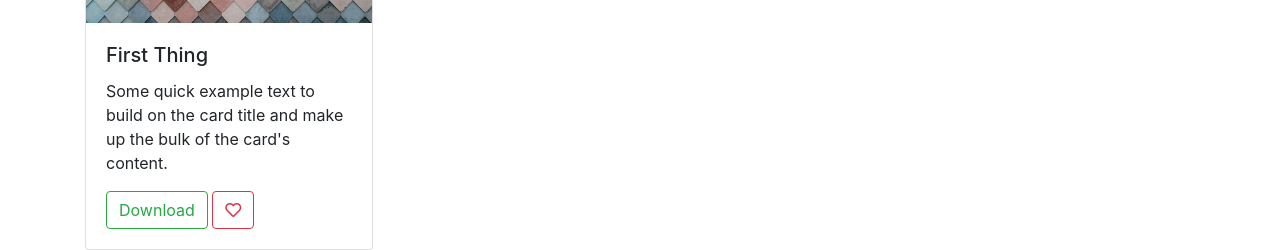
Repository: manojsatya/Web_development
Page: Pattern_project/index.html
An editor plug-in stored every save of this project. The page is shown before and after the next save, followed by the edit.
The browser window is 1280 px wide. The pictures show the part of the page from y = 676 to 1628 px (the page is 926 px tall before and 1811 px after).
Some web libraries are served in a nearby version.

Above is the page before, as saved 2019-05-29 12:03:27.

After the next save:
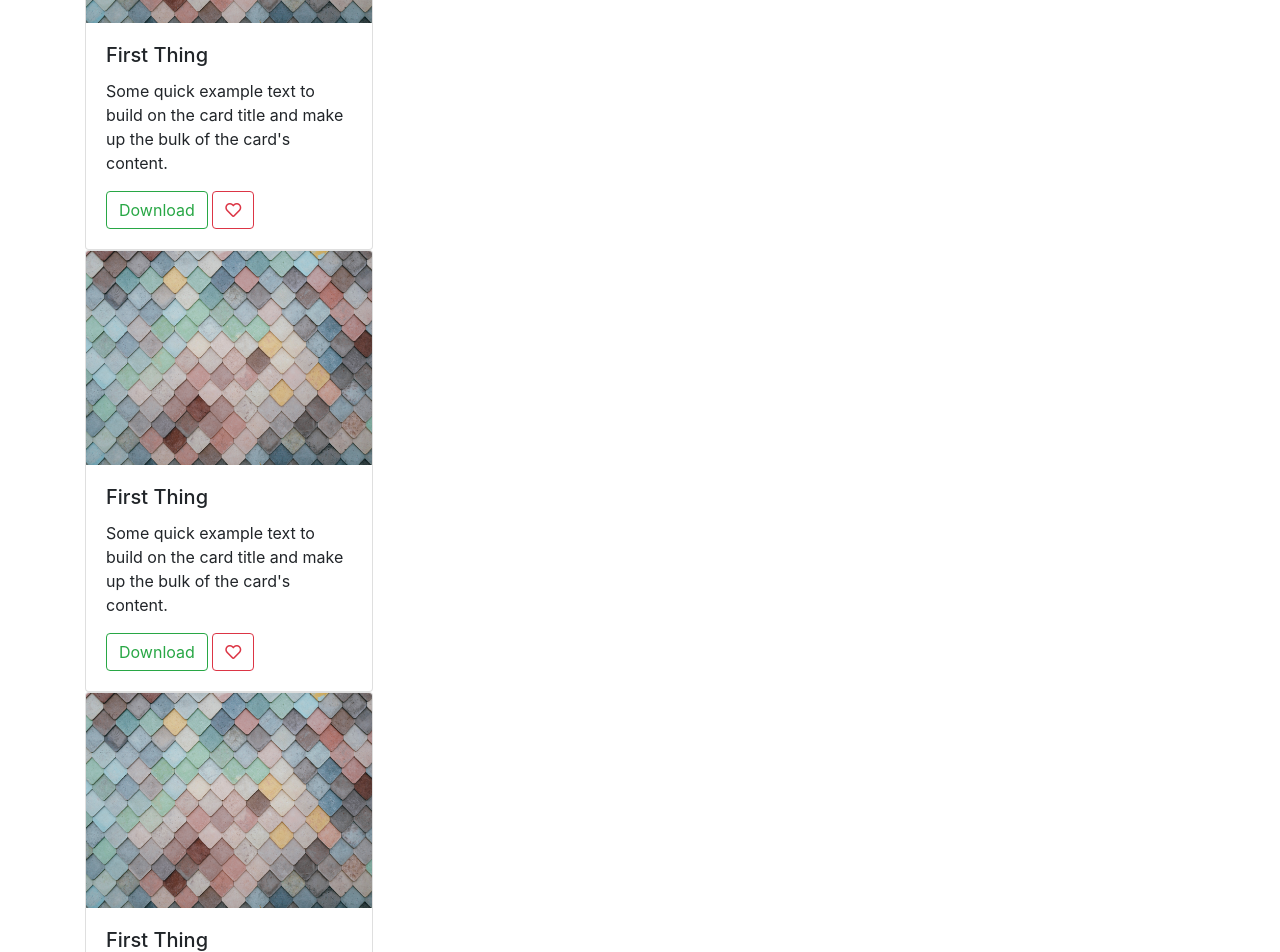
Saved 33 s later.
--- a/Pattern_project/index.html
+++ b/Pattern_project/index.html
@@ -50,6 +50,26 @@
                               <a href="#" class="btn btn-outline-danger"><i class="far fa-heart"></i></a>
                             </div>
                     </div>
+
+                    <div class="card" style="width: 18rem;">
+                            <img class="card-img-top" src="imgs/pattern-1.jpg" alt="Card image cap">
+                            <div class="card-body">
+                              <h5 class="card-title">First Thing</h5>
+                              <p class="card-text">Some quick example text to build on the card title and make up the bulk of the card's content.</p>
+                              <a href="#" class="btn btn-outline-success">Download</a>
+                              <a href="#" class="btn btn-outline-danger"><i class="far fa-heart"></i></a>
+                            </div>
+                    </div>
+
+                    <div class="card" style="width: 18rem;">
+                            <img class="card-img-top" src="imgs/pattern-1.jpg" alt="Card image cap">
+                            <div class="card-body">
+                              <h5 class="card-title">First Thing</h5>
+                              <p class="card-text">Some quick example text to build on the card title and make up the bulk of the card's content.</p>
+                              <a href="#" class="btn btn-outline-success">Download</a>
+                              <a href="#" class="btn btn-outline-danger"><i class="far fa-heart"></i></a>
+                            </div>
+                    </div>
             </div>
         </div>
 
